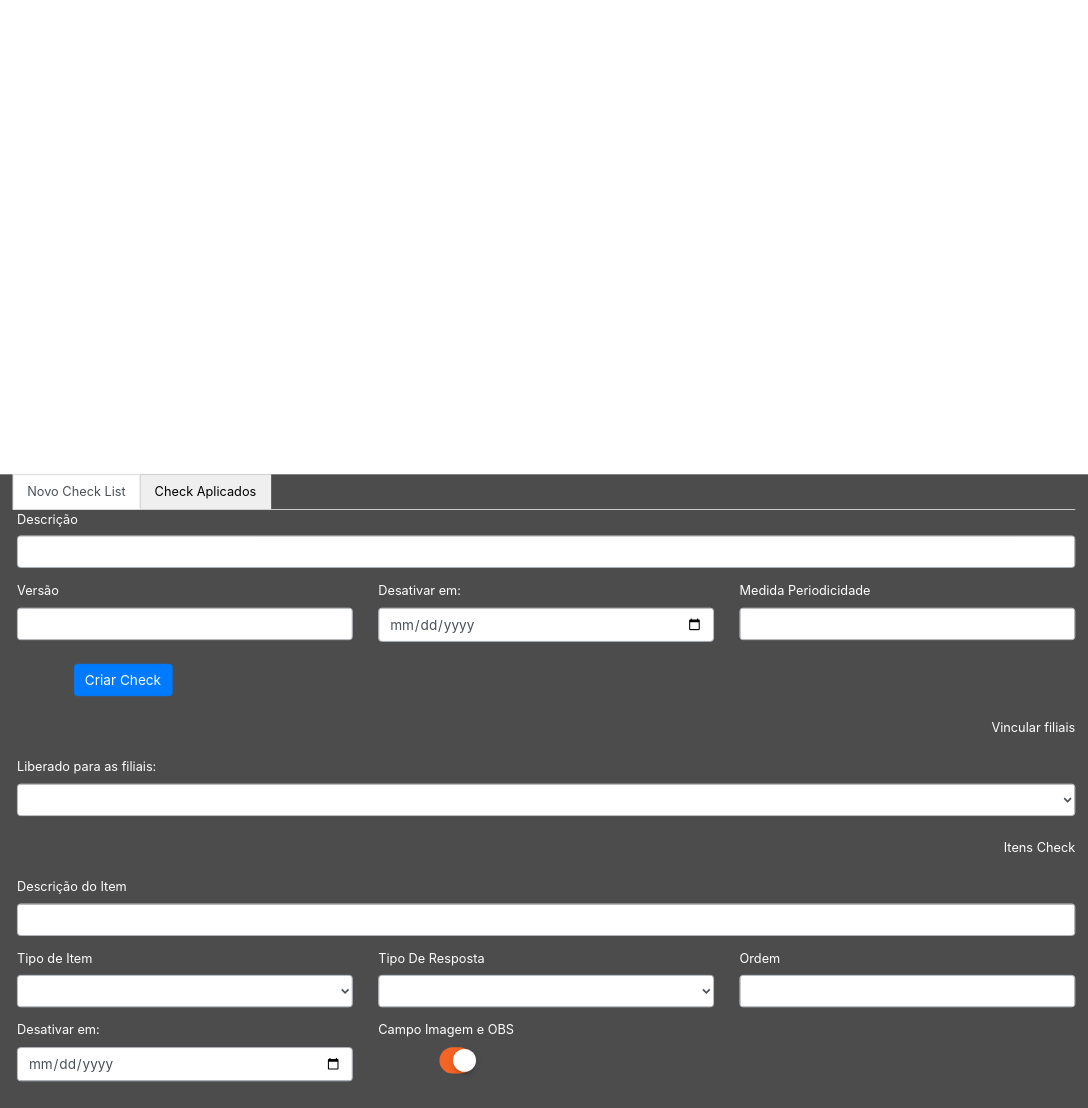
Repository: Conlog-SA/portal_operacional
Page: apps/safety_layout_checklist_app/templates/safety_layout_checklist_app/form_cad_layout_checklist.html
An editor plug-in stored every save of this project. The page is shown before and after the next save, followed by the edit.
The browser window is 1280 px wide. The pictures show the whole page, at 85% of full size.
The template is drawn by Django 3.2. The application's start-up code is not run. The template is opened directly, without the code that normally fills it, so the values that code supplies are empty.

Above is the page before, as saved 2023-11-16 15:49:55.

After the next save:
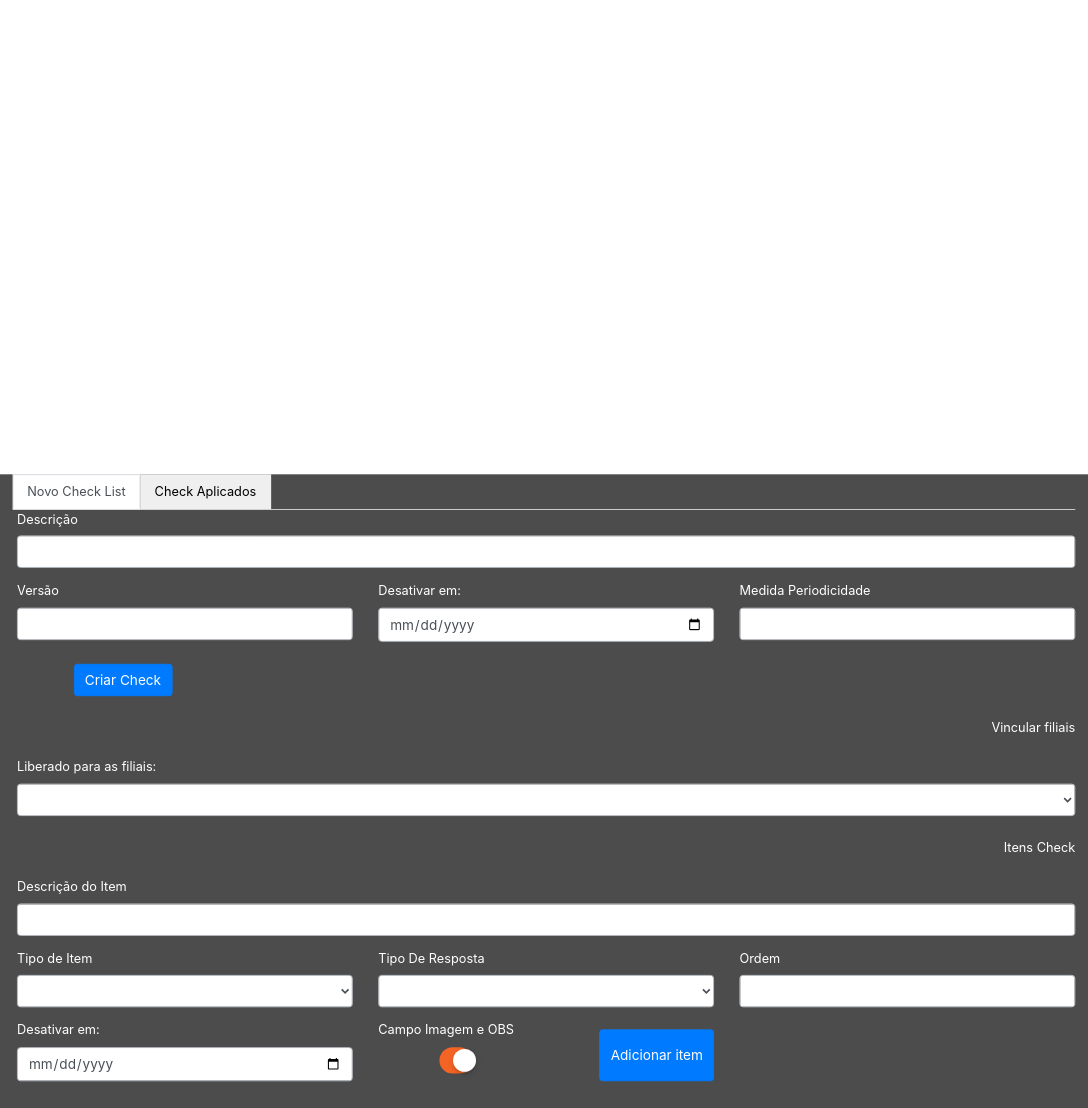
Saved 57 s later.
--- a/apps/safety_layout_checklist_app/templates/safety_layout_checklist_app/form_cad_layout_checklist.html
+++ b/apps/safety_layout_checklist_app/templates/safety_layout_checklist_app/form_cad_layout_checklist.html
@@ -111,6 +111,9 @@
                                         </label>
                                   </div>
                               </div>
+                              <div class="form-group col-sm-2 d-flex justify-content-end" style="margin-top:10px">
+                                <button type="button" class="btn btn-primary btn-form" id="btn_new_check" name="btn_new_check"> Adicionar item</button>
+                             </div>
                           </div>
                         </form>
                     </div>
